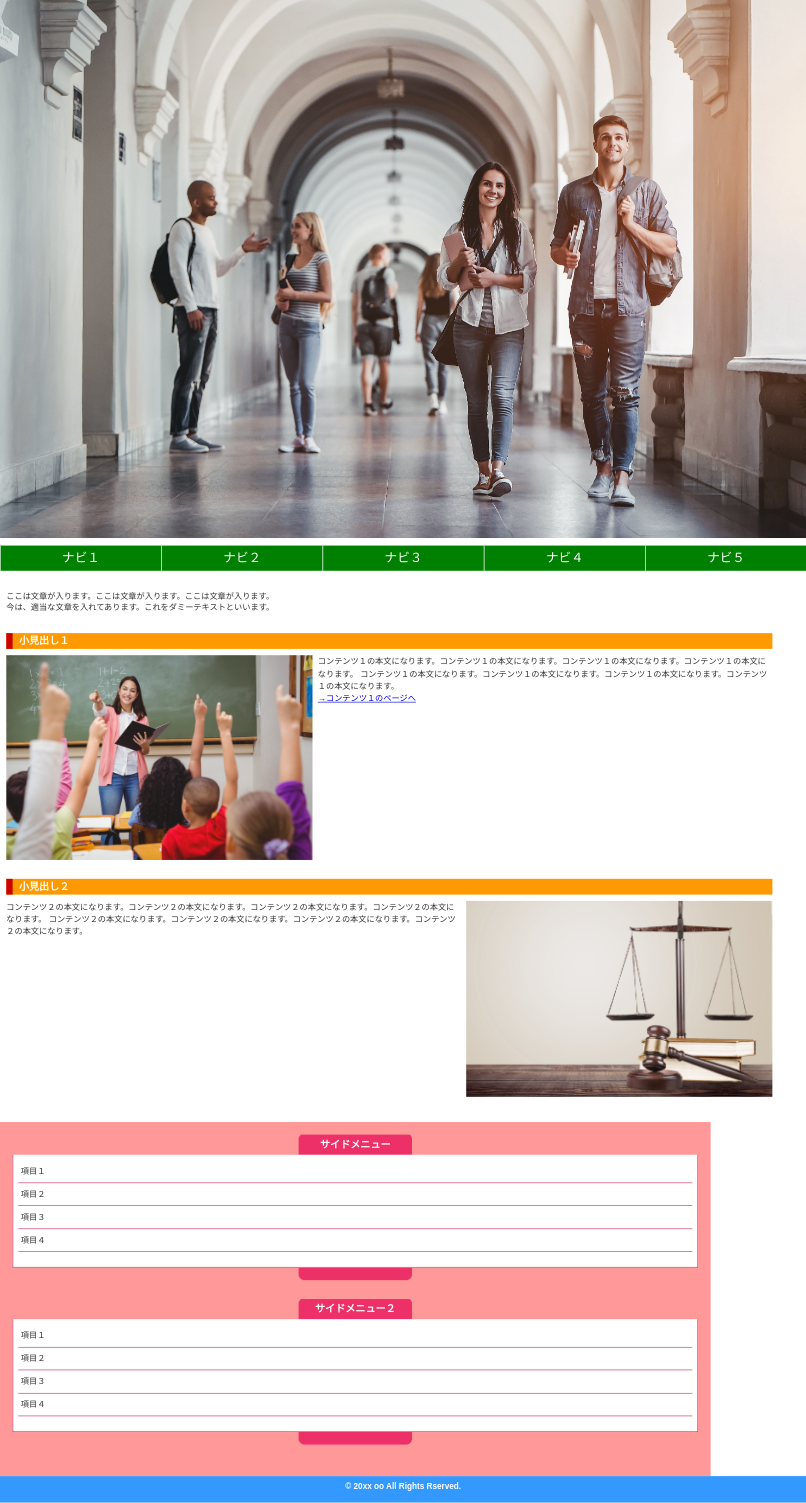
Repository: gusari0704/samurai_HTML-CSS
Page: home.html
The author's editor kept a record of every edit. The page is drawn from the files as they stood at one moment, then again after the next edit.
The browser window is 1280 px wide. The pictures show the whole page, at 63% of full size.

Above is the page before.

### home.html
<!DOCTYPE html>
<html lang="ja">
    <head>
        <meta charset="UTF-8">
        <title>HTML/CSSの学習</title>
        <link rel="stylesheet" href="stylesheet.css">
    </head>
    <body>
        <div id="header">
            <h1><a href="index.html"><img id="corridor" src="images/corridor.jpg" alt="大学の廊下" /></a></h1>
        </div>
        <div id="wrapper">
            <div id="nav">
                <ul>
                    <li><a href="home.html">ナビ１</a></li>
                    <li><a href="#">ナビ２</a></li>
                    <li><a href="#">ナビ３</a></li>
                    <li><a href="#">ナビ４</a></li>
                    <li><a href="#">ナビ５</a></li>
                </ul>
            </div>
            <div id="container">
                <div id="main">
                    <div class="post">
                        <p>ここは文章が入ります。ここは文章が入ります。ここは文章が入ります。<br />今は、適当な文章を入れてあります。これをダミーテキストといいます。</p>
                    </div>
                    <div class="post clearfix">
                        <h2>小見出し１</h2>
                        <img class="left" src="images/classroom.jpg" alt="授業風景" />
                        <p>
                            コンテンツ１の本文になります。コンテンツ１の本文になります。コンテンツ１の本文になります。コンテンツ１の本文になります。
                            コンテンツ１の本文になります。コンテンツ１の本文になります。コンテンツ１の本文になります。コンテンツ１の本文になります。
                        </p>
                        <p><a href="#">→コンテンツ１のページへ</a></p>
                    </div>
                    <div class="post clearfix">
                        <h2>小見出し２</h2>
                        <img class="right" src="images/scale.jpg" alt="天秤" />
                        <p>
                            コンテンツ２の本文になります。コンテンツ２の本文になります。コンテンツ２の本文になります。コンテンツ２の本文になります。
                            コンテンツ２の本文になります。コンテンツ２の本文になります。コンテンツ２の本文になります。コンテンツ２の本文になります。
                        </p>
                    </div>
                </div>
                <div id="side">
                    <div class="box">
                        <h2>サイドメニュー</h2>
                        <div class="boxBody">
                            <ul>
                                <li>項目１</li>
                                <li>項目２</li>
                                <li>項目３</li>
                                <li>項目４</li>
                            </ul>
                        </div>
                    </div>
                    <div class="box">
                        <h2>サイドメニュー２</h2>
                        <div class="boxBody">
                            <ul>
                                <li>項目１</li>
                                <li>項目２</li>
                                <li>項目３</li>
                                <li>項目４</li>
                            </ul>
                        </div>
                    </div>
                </div>
            </div>
        </div>
         <div id="footer">
             <p>&copy; 20xx oo All Rights Rserved.</p>
         </div>
    </body>
</html>

### stylesheet.css
@charset "utf-8";

body {
    margin: 0;
    padding: 0;
    font-family: "ヒラギノ角ゴ Pro W3", "Hiragino kaku Gothic Pro", "メイリオ", Meiryo, Osaka, "MS Pゴシック", "MS PGothic", sans-serif;
    color: #333;
    font-size: 13px;
    line-height: 150%;
}

/* wrapper */
#wrapper {
    width: 100%;
    margin: auto;
    padding: 0px;
    border: 0px;
    background-color: #FFF;
    top: 10px;
    position: relative;
}

/* header */
#header {
    width: 100%;
}
#header h1 {
    margin: 0;
    padding: 0;
}
#corridor {
    width: 100%;
    height: auto;
}

/* footer */
#footer {
    clear: both;
    width: 100%;
    padding: 3px 0 3px 0;
    background: #39F;
    color: #FFF;
    font-weight: bold;
    text-align: center;
}

/* nav */
#nav {
    width: 100%;
}
#nav ul {
    display: flex;
    margin: 0;
    padding: 0;
    list-style-type: none;
}
#nav ul li {
    width: 20%;
    text-align: center;
}
#nav ul li a {
    display: block;
    height: 20px;
    margin: 0;
    padding: 10px;
    color: #FFF;
    font-size: 20px;
    text-decoration: none;
    background-color: green;
    border-left: 1px solid white;
}

#nav ul li a:hover {
    filter: drop-shadow(10px 10px 10px black);
}

/* container */
#container {
    width: 100&;
    margin: auto;
    padding-top: 20px;
    clear: both;
    display: grid;
    grid-template-columons: 70vw 30vw;
}
/* main */
#main {
    width: 95%;
    padding: 10px 30px 10px 10px;
}
#main h2 {
    margin: 0 0 10px 0;
    padding: 3px 10px 3px 10px;
    color: #FFF;
    font-size: 16px;
    border-left: solid 10px #c00;
    background-color: #F90;
}
#main p {
    margin: 0;
    padding: 0;
}
#main .post {
    margin: 0 0 30px 0;
}
#main .post img.right {
    margin: 0 0 0 8px;
}
#main .post img.left {
    margin: 0 8px 0 0;
}
.right {
    float: right;
    width: 40%;
    height: auto;
}
.left {
    float: left;
    width: 40%;
    height: auto;
}

/* clearfix */
.clearfix {
    zoom: 1;
}
.clearfix:after {
    content: "";
    display: block;
    clear: both;
}

/* side */
#side {
    width: 85%;
    padding: 20px;
    background-color: #F99;
}
#side .box {
    margin: 0 auto 30px auto;
    padding: 0 0 20px 0;
    background: url(images/side_box.png) bottom no-repeat;
}
#side .box h2 {
    margin: 0;
    padding: 8px;
    text-align: center;
    color: #fff;
    font-size: 16px;
    line-height: 16px;
    font-wight: normal;
    background: url(images/side_box_h2.png) center no-repeat;
}
#side .box .boxBody {
    padding: 8px;
    border-right: solid 1px #C36;
    border-bottom: solid 1px #C36;
    border-left: solid 1px #C36;
    background: #fff;
}
#side .box .boxBody ul {
    margin: 0 0 16px 0;
    padding: 0;
}
#side .box .boxBody ul li {
    padding: 8px 0 8px 4px;
    list-style: none;
    border-bottom: solid 1px #C36;
}
#side .box .boxBody ul li:hover {
    padding: 8px 0 8px 4px;
    list-style: none;
    border-bottom: solid 1px #C36;
    box-shadow: 0px 4px 4px rgba(0, 0, 0, 0.3);
}

After the next edit:
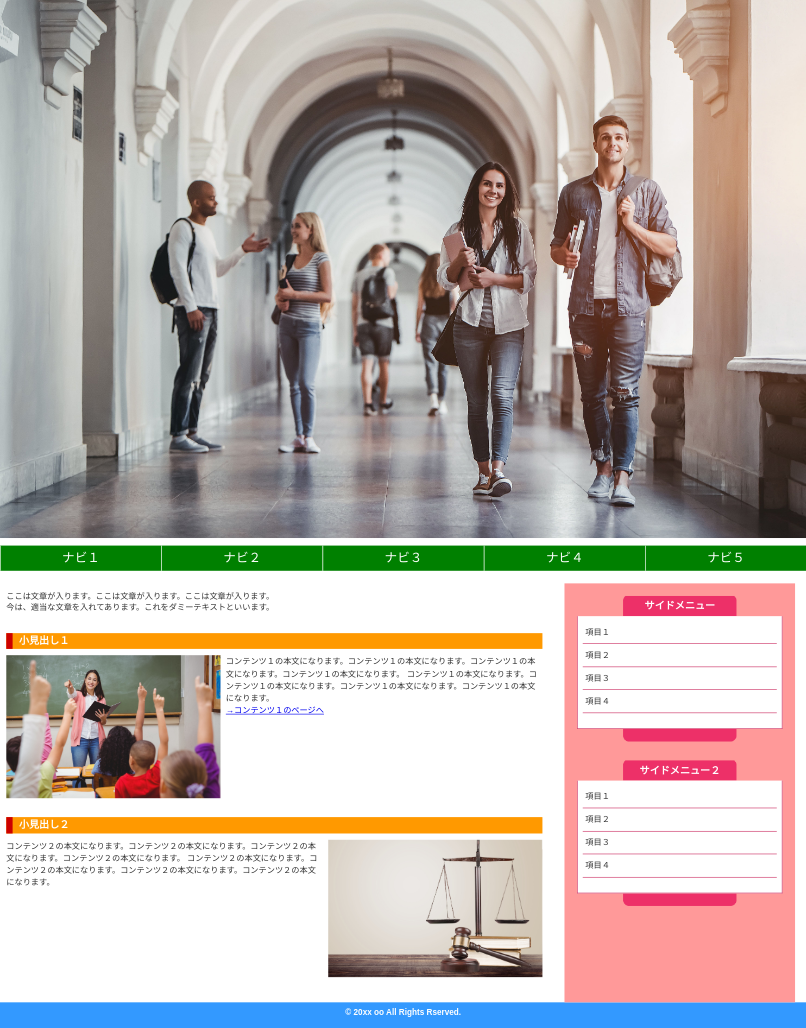
The edit:
--- a/stylesheet.css
+++ b/stylesheet.css
@@ -81,7 +81,7 @@
     padding-top: 20px;
     clear: both;
     display: grid;
-    grid-template-columons: 70vw 30vw;
+    grid-template-columns: 70vw 30vw;
 }
 /* main */
 #main {
